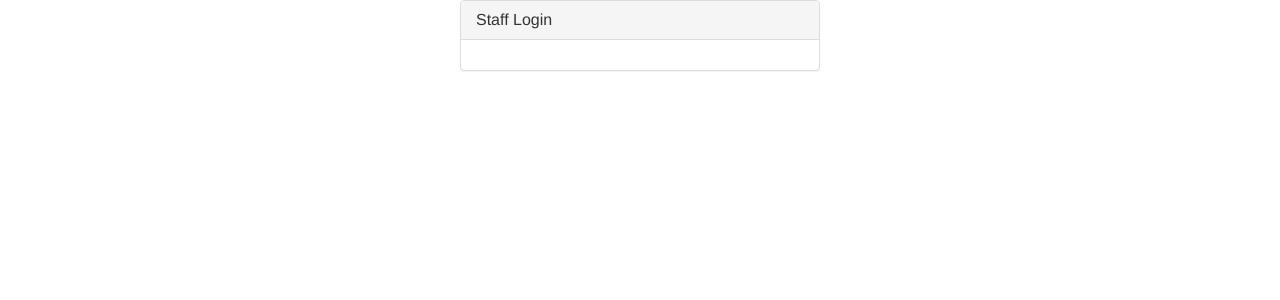
Repository: kluivert-ssali/katoMessi
Page: http://localhost/login.php
These files come from the project's save history. The page is drawn as it stood at one moment and after a run of saves; the edit follows.
The browser window is 1280 px wide. The pictures show the whole page.
The page is run by PHP 8.4 with error messages shown; the project is at /var/www/html/.

Above is the page before, as saved 2022-05-09 14:09:37.

### login.php
<?php





?>




<!-- staff login form  -->
<!DOCTYPE html>
<html lang="en">

<head>
    <meta charset="UTF-8">
    <meta http-equiv="X-UA-Compatible" content="IE=edge">
    <meta name="viewport" content="width=device-width, initial-scale=1.0">
    <script src="https://ajax.googleapis.com/ajax/libs/jquery/2.2.0/jquery.min.js"></script>
    <link rel="stylesheet" href="https://maxcdn.bootstrapcdn.com/bootstrap/3.3.6/css/bootstrap.min.css" />
    <!-- Bootstrap core CSS -->
    <!-- <link href="../assets/dist/css/bootstrap.min.css" rel="stylesheet">
    <link href="https://cdn.jsdelivr.net/npm/bootstrap@5.1.3/dist/css/bootstrap.min.css" rel="stylesheet" integrity="sha384-1BmE4kWBq78iYhFldvKuhfTAU6auU8tT94WrHftjDbrCEXSU1oBoqyl2QvZ6jIW3" crossorigin="anonymous"> -->

    <script src="https://maxcdn.bootstrapcdn.com/bootstrap/3.3.6/js/bootstrap.min.js"></script>
    <title>Login</title>
    <style>

    </style>

</head>

<body>
    <!-- button  -->
    <div class="container">
        <div class="row">
            <div class="col-md-4 col-md-offset-4">
                <div class="panel panel-default">
                    <div class="panel-heading">
                        <h3 class="panel-title">Staff Login</h3>
                    </div>
                    <div class="panel-body">





</body>

</html>

After the next 3 saves:
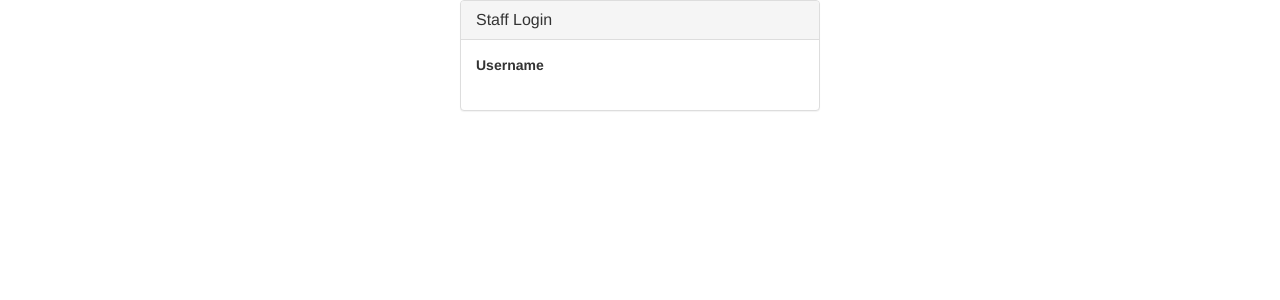
The 3 saves are shown as one change because they came seconds apart.
The last was saved 8 s later.
--- a/login.php
+++ b/login.php
@@ -42,7 +42,9 @@
                     </div>
                     <div class="panel-body">
 
-
+                        <form method="POST" action="login.php">
+                            <div class="form-group">
+                                <label>Username</label>
 
 
 
